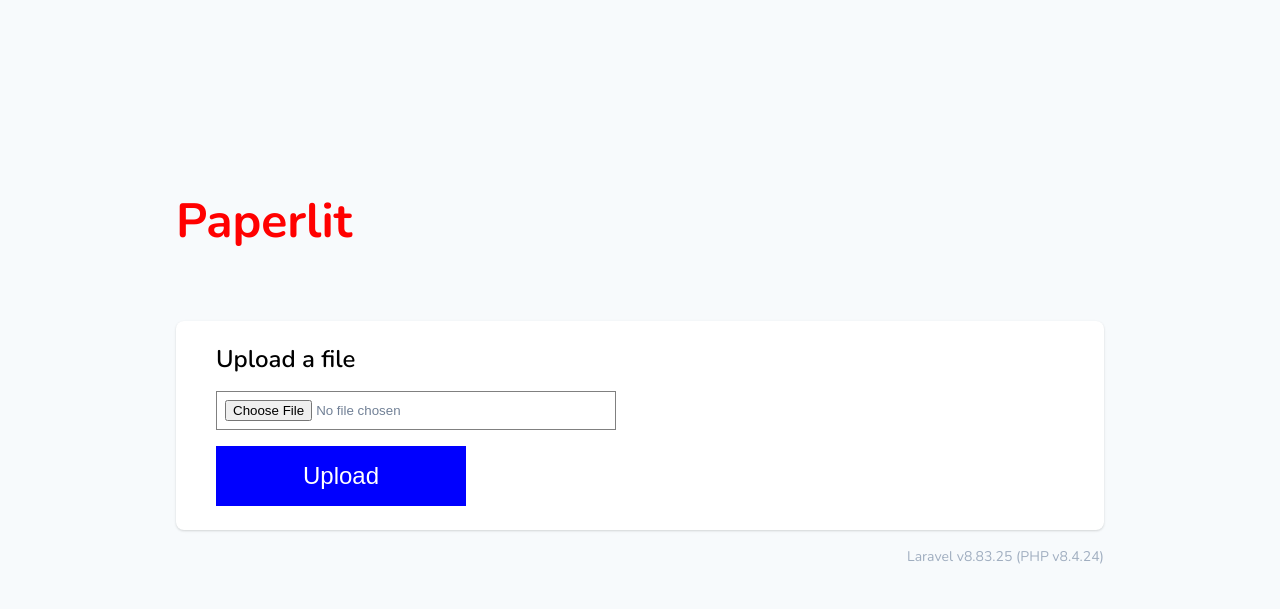
Repository: mirkopeloso/paperlit
Page: http://localhost/
An editor plug-in stored every save of this project. The page is shown before and after the next save, followed by the edit.
The browser window is 1280 px wide. The pictures show the whole page.
The page is served by the project's Laravel application, run on PHP 8.4 with Laravel 8.

Above is the page before, as saved 2021-02-10 20:10:39.

After the next save:
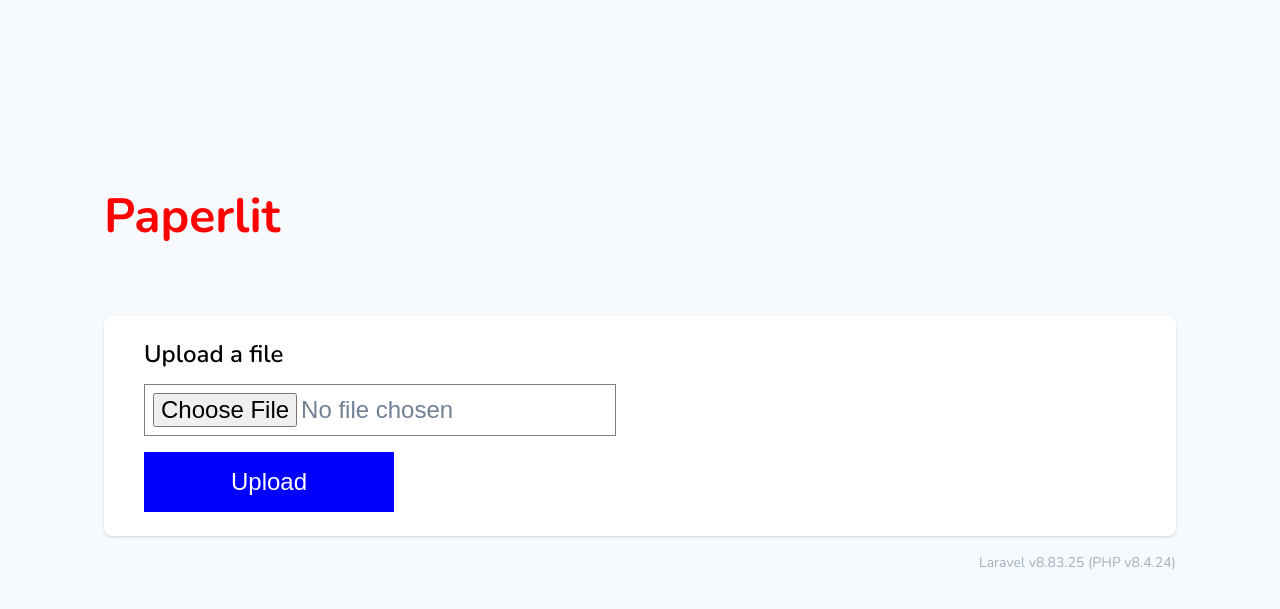
Saved 27 s later.
--- a/resources/views/welcome.blade.php
+++ b/resources/views/welcome.blade.php
@@ -81,7 +81,7 @@
 
 
                                           <div class="custom-file">
-                                              <input type="file" name="file" id="chooseFile">
+                                              <input type="file" name="file" class="text-lg"  id="chooseFile">
                                           </div>
 
                                           <button type="submit" name="submit" class="btn btn-primary btn-block mt-4 text-lg">

After the save that followed:
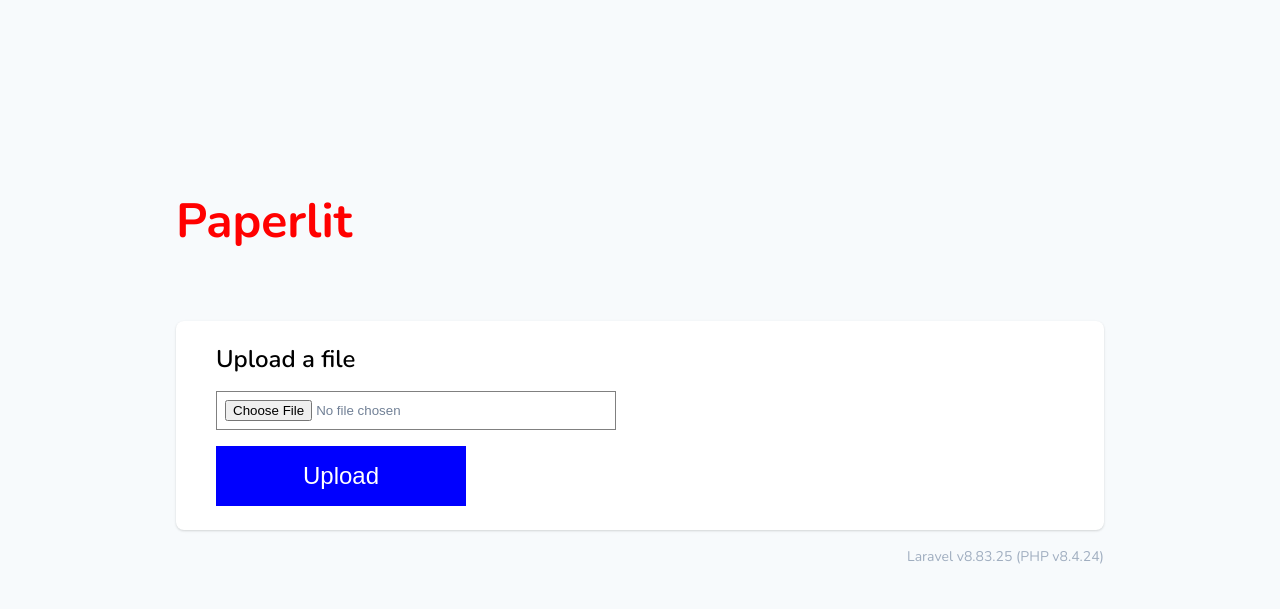
Saved 12 s later.
--- a/resources/views/welcome.blade.php
+++ b/resources/views/welcome.blade.php
@@ -81,7 +81,7 @@
 
 
                                           <div class="custom-file">
-                                              <input type="file" name="file" class="text-lg"  id="chooseFile">
+                                              <input type="file" name="file" class="text-md"  id="chooseFile">
                                           </div>
 
                                           <button type="submit" name="submit" class="btn btn-primary btn-block mt-4 text-lg">
